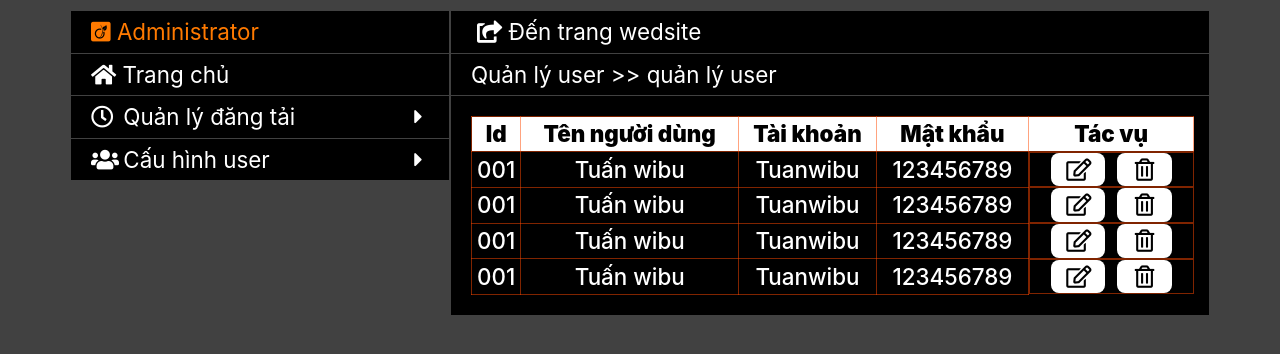
Repository: SonNguyen892002/Lau-Dai-Code
Page: http://localhost/wed-jdbc-1-2023/views/admin/qluser.jsp
The author's editor kept a copy of each file at every save. The page is drawn from the files as they stood at one save, then again after the next save.
The browser window is 1280 px wide. The pictures show the whole page.
The page is served by Tomcat 9. Nobody is signed in. The application's start-up code is not run. Other server files are loaded and not shown.

Above is the page before, as saved 2022-01-15 11:02:50.

### workspace/wed-jdbc-1-2023/src/main/webapp/views/admin/qluser.jsp
<%@ page language="java" contentType="text/html; charset=UTF-8"
	pageEncoding="UTF-8"%>
<%@ include file="header.jsp"%>

<table class="mt mb ">
	<tr>
		<td>Id</td>
		<td>Tên người dùng</td>
		<td>Tài khoản</td>
		<td>Mật khẩu</td>
		<td>Tác vụ</td>
	</tr>

	<tr>
		<th>001</th>
		<th>Tuấn wibu</th>
		<th>Tuanwibu</th>
		<th>123456789</th>
		<th class="row m0 center"><a href="#"
			class="col-xl-4 col-lg-4 col-lg-4 col-4 backgr"><i
				class="far fa-edit"></i></a> <a href="#"
			class="col-xl-4 col-lg-4 col-lg-4 col-4 backgr"><i
				class="far fa-trash-alt"></i></a></th>
	</tr>
	<tr>
		<th>001</th>
		<th>Tuấn wibu</th>
		<th>Tuanwibu</th>
		<th>123456789</th>
		<th class="row m0 center"><a href="#"
			class="col-xl-4 col-lg-4 col-lg-4 col-4 backgr"><i
				class="far fa-edit"></i></a> <a href="#"
			class="col-xl-4 col-lg-4 col-lg-4 col-4 backgr"><i
				class="far fa-trash-alt"></i></a></th>
	</tr>
	<tr>
		<th>001</th>
		<th>Tuấn wibu</th>
		<th>Tuanwibu</th>
		<th>123456789</th>
		<th class="row m0 center"><a href="#"
			class="col-xl-4 col-lg-4 col-lg-4 col-4 backgr"><i
				class="far fa-edit"></i></a> <a href="#"
			class="col-xl-4 col-lg-4 col-lg-4 col-4 backgr"><i
				class="far fa-trash-alt"></i></a></th>
	</tr>
	<tr>
		<th>001</th>
		<th>Tuấn wibu</th>
		<th>Tuanwibu</th>
		<th>123456789</th>
		<th class="row m0 center"><a href="#"
			class="col-xl-4 col-lg-4 col-lg-4 col-4 backgr"><i
				class="far fa-edit"></i></a> <a href="#"
			class="col-xl-4 col-lg-4 col-lg-4 col-4 backgr"><i
				class="far fa-trash-alt"></i></a></th>
	</tr>

</table>

<script>
	const btnA = document.querySelector('.t');
	btnA.innerHTML = "Quản lý user >> quản lý user";
</script>

<%@ include file="footer.jsp"%>

### workspace/wed-jdbc-1-2023/src/main/webapp/views/admin/header.jsp
<%@ page language="java" contentType="text/html; charset=UTF-8"
    pageEncoding="UTF-8"%>
<!DOCTYPE html>
<html>
<head>
    <meta charset="UTF-8">
    <title>admin</title>
    <link rel="stylesheet" href="./styleadmin.css">
    <link rel="stylesheet" href="../fontawesome-free-5.15.3-web/css/all.min.css">
    <link rel="stylesheet" href="https://cdn.jsdelivr.net/npm/bootstrap@4.6.1/dist/css/bootstrap.min.css">
</head>
<body>

    <div class="container mb">
        <div class="row">

            <div class="col-xl-4 p0">

                <div class="black p2 sz">
                    <i class="fab fa-viadeo-square"></i>
                    Administrator
                </div>

                <div class="black p2">
                    <i class="fas fa-home"></i>
                    Trang chủ
                </div>

                <!-- QUẢN LÝ ĐĂNG TẢI -->
                <div class="black p2">
                    <div id="btn" onclick="Button()" class="row">
                        <div class="col-xl-1">
                            <i class="far fa-clock"></i>
                        </div>

                        <div class="col-xl-9">
                            <span>
                                Quản lý đăng tải
                            </span>
                        </div>

                        <div class="col-xl-2">
                            <span class="a">
                                <i class="fas fa-caret-right"></i>
                            </span>
                        </div>
                    </div>

                    <div id="menu" class="off">
                        <a href="./dangtaiphim.jsp" class="black p2">
                            <i class="fas fa-angle-right"></i>
                            <span>Đăng tải phim</span>
                        </a>

                        <a href="./qlphim.jsp" class="black p2">
                            <i class="fas fa-angle-right"></i>
                            <span>Quản lý phim</span>
                        </a>
                    </div>
                </div>

                <!-- CẤU HÌNH USER -->
                <div class="black p2">
                    <div id="btn" onclick="Button1()" class="row">
                        <div class="col-xl-1 col-lg-1 col-sm-1 col-1">
                            <i class="fas fa-users"></i>
                        </div>

                        <div class="col-xl-9 col-lg-9 col-sm-9 col-9">
                            <span>
                                Cấu hình user
                            </span>
                        </div>

                        <div class="col-xl-2 col-lg-2 col-sm-2 col-2">
                            <span class="a1">
                                <i class="fas fa-caret-right"></i>
                            </span>
                        </div>
                    </div>

                    <div id="menu1" class="off">
                        <a href="./tkadmin.jsp" class="black p2">
                            <i class="fas fa-angle-right"></i>
                            <span>Tài khoản admin</span>
                        </a>

                        <a href="./phanquyen.jsp" class="black p2">
                            <i class="fas fa-angle-right"></i>
                            <span>Phân quyền</span>
                        </a>

                        <a href="./qluser.jsp" class="black p2">
                            <i class="fas fa-angle-right"></i>
                            <span>Quản lý user</span>
                        </a>
                    </div>
                </div>

            </div>

            <div class="col-xl-8 p0">

                <div class="black p2">
                    <a href="#">
                        <i class="fas fa-share-square"></i>
                        Đến trang wedsite
                    </a>
                </div>

                <div class="black p2">
                    <span class="t">Quản lý đăng tải >></span>
                </div>

                <div class="black p2">

### workspace/wed-jdbc-1-2023/src/main/webapp/views/admin/footer.jsp
</div>
            </div>
        </div>

    </div>

    <script>
        const navMenu = document.querySelector('#menu');
        const navMenu1 = document.querySelector('#menu1');
        const navDown = document.querySelector('.a');
        const navDown1 = document.querySelector('.a1');

        function Button() {
            navMenu.classList.toggle('off');
            navDown.classList.toggle('down');
        }

        function Button1() {
            navMenu1.classList.toggle('off');
            navDown1.classList.toggle('down');
        }
    </script>

</body>
</html>

### workspace/wed-jdbc-1-2023/src/main/webapp/decorators/admin/styleadmin.css
:root{
    --color-orange: #FF7A00;
    --color-white: rgb(255, 255, 255);
    --background-black: #000;
}

*{
    padding: 0;
    margin: 0;
    box-sizing: border-box;
}

body{
    background-color: #414141 !important;
    font-size: 62.5%;
    font-family: 'Lato', sans-serif;
}

a{
    color: var(--color-white) !important;
    display: block;
    margin: 0 6px;
    transition: 0.2s;
}

.white{
    background-color: var(--color-white);
    color:rgb(73, 22, 22);
    padding: 6px 16px;
}

.backgr{
    background-color: var(--color-white);
    color:#000 !important;
    border-radius: 8px;
}

.backgr:hover{
    background-color: var(--color-orange);
    color:#fff !important;
}

.p3{
    padding: 2px 6px !important;
}

.p4{
    padding: 0 0 0 6px !important;
}

#btn:hover,
a:hover{
    text-decoration: none !important;
    color: var(--color-orange) !important;
    cursor: pointer;
}

.container{
    margin-top: 10px;
}

.black{
    background-color: var(--background-black);
    color: var(--color-white);
    font-size: 1.4rem;
}

.p0{
    padding: 0 !important;
}

.p2{
    padding: 4px 0 4px 20px;
    margin: 1px !important;
}

.mt{
    margin-top: 16px;
}

.m0{
    margin: 0 !important;
}

.mb{
    margin-bottom: 16px;
}

.mr{
    margin-right: 16px;
}

.sz{
    color: var(--color-orange);
}

.off{
    display: none;
}

.down{
    transform:rotate(90deg);
    display: inline-block;
}

.active{
    color: var(--color-orange) !important;
}

.border{
    border: 1px solid #fff;
}

.border input{
    font-size:1rem;
}

h5{
    transform: translateY(30%);
}

select{
    width: 100%;
    background-color: transparent;
    transform: translateY(14%);
    color: #fff;
    outline: none;
    border: none;
}

select option{
    color: #000;
}

input[type="text"],
input[type="password"],
textarea {
    width: 100%;
    background-color: transparent;
    border: 1px solid #fff;
    color: #fff;
    outline: none;
    padding: 6px 0 6px 20px;
    font-size:1.2rem;
}

input[type="text"]::placeholder{
    color: rgba(255, 255, 255, 0.404);
}

input[type="button"],
input[type="reset"]{
    width: 94%;
    color: var(--color-white);
    background-color: var(--color-orange);
    border-radius:10px;
    outline: none;
    border: none;
}

input[type="checkbox"]{
    transform: translateY(18%);
    width: 26px;
    height: 26px;
}

.ct,
td,th{
    text-align: center !important;
}

.center{
    justify-content: center;
}

table{
    width: 98%;
}

th{
    border: 1px solid rgba(255, 72, 0, 0.5);
    font-size: 1.4rem;
    font-weight: 500;
}

td{
    background: var(--color-white);
    border: 1px solid rgba(255, 72, 0, 0.5);
    color: #000;
    font-weight: 900;
}

#btnPassword{
    position: relative;
}

#btnPassword i{
    transform: translateY(20%);
}

#btnPassword::before{
    content: "";
    position: absolute;
    top: 46%;
    left: -8%;
    width: 80%;
    height: 2px;
    background: var(--color-white);
    display: block;
    transform:rotate(45deg);
}

.b::before{
    display: none !important;
}

Loaded but not shown: workspace/wed-jdbc-1-2023/src/main/webapp/template/icon/fontawesome-free-5.15.3-web/css/all.min.css (library)

After the next save:
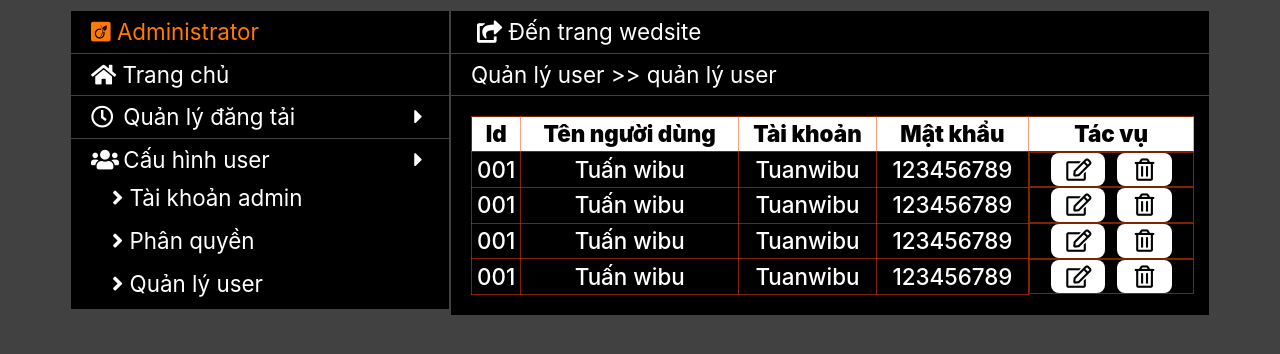
Saved 24 s later.
--- a/workspace/wed-jdbc-1-2023/src/main/webapp/views/admin/qluser.jsp
+++ b/workspace/wed-jdbc-1-2023/src/main/webapp/views/admin/qluser.jsp
@@ -60,6 +60,8 @@
 
 <script>
 	const btnA = document.querySelector('.t');
+	document.querySelector('#menu1').classList.remove('off');
+
 	btnA.innerHTML = "Quản lý user >> quản lý user";
 </script>
 
